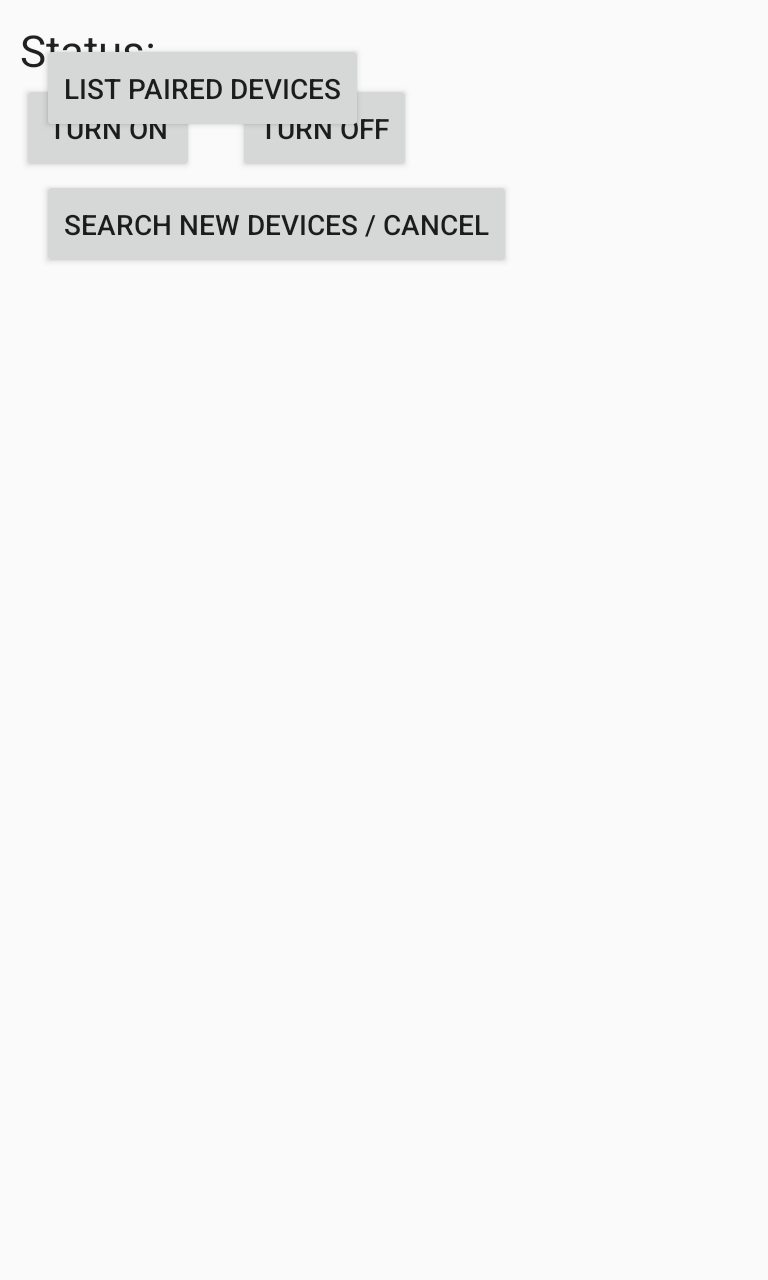
Repository: maayanGitHub/dont4getme
Layout: Dont4getMe/res/layout/activity_main.xml
The author's editor kept a copy of each file at every save. The layout is drawn from the files as they stood at one save, then again after the next save.
It is drawn on a 768 x 1280 px phone screen (xhdpi) without system bars, with theme AppTheme; the app's code is not run. Lists and similar views that code fills are empty.

Above is the layout before, as saved 2014-03-19 09:35:20.

After the next save:
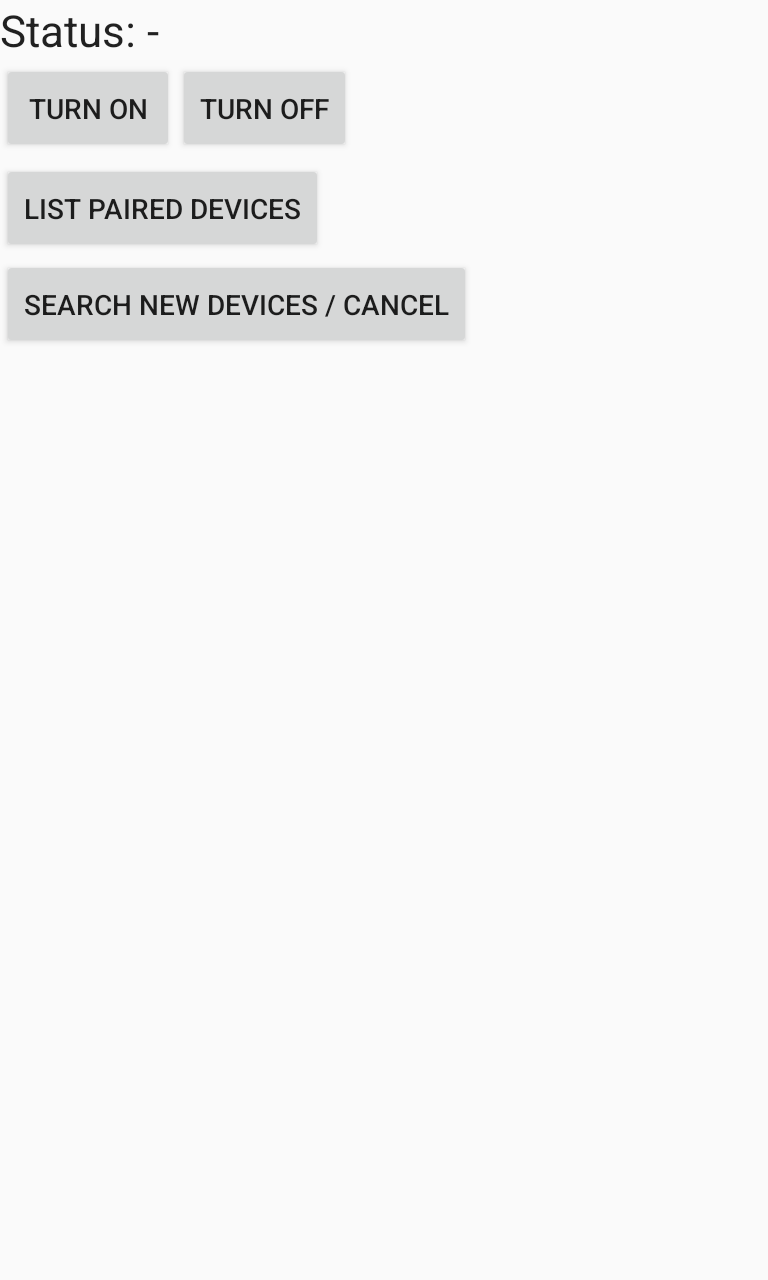
Saved 32 s later.
--- a/Dont4getMe/res/layout/activity_main.xml
+++ b/Dont4getMe/res/layout/activity_main.xml
@@ -9,28 +9,25 @@
        android:layout_width="wrap_content"
        android:layout_height="wrap_content"
        android:textAppearance="?android:attr/textAppearanceLarge"
-       android:text="@string/Text"
-       android:layout_margin="10dip" />
+       android:text="@string/Text" />
 
    <LinearLayout
       android:layout_width="match_parent"
       android:layout_height="wrap_content"
       android:orientation="horizontal"
-      android:layout_marginTop="30dp"  >
+      android:layout_marginTop="30dp" >
 
    <Button
       android:id="@+id/turnOn"
       android:layout_width="wrap_content"
       android:layout_height="wrap_content"
-      android:text="@string/on"
-      android:layout_margin="10dip" />
+      android:text="@string/on" />
 
    <Button
       android:id="@+id/turnOff"
       android:layout_width="wrap_content"
       android:layout_height="wrap_content"
-      android:text="@string/off"
-      android:layout_margin="10dip"  />
+      android:text="@string/off" />
 
    </LinearLayout>
 
@@ -39,28 +36,24 @@
       android:layout_width="match_parent"
       android:layout_height="wrap_content"
       android:orientation="vertical"
-      android:layout_marginTop="80dp"
-      android:layout_margin="10dip"  >
+      android:layout_marginTop="80dp" >
 
 	   <Button
 	      android:id="@+id/paired"
 	      android:layout_width="wrap_content"
 	      android:layout_height="wrap_content"
-	      android:text="@string/List"
-	      android:layout_margin="10dip" />
+	      android:text="@string/List" />
 
 	   <Button
 	      android:id="@+id/search"
 	      android:layout_width="wrap_content"
 	      android:layout_height="wrap_content"
-	      android:text="@string/Find"
-	      android:layout_margin="10dip" />
+	      android:text="@string/Find" />
 
 	   <ListView
 	       android:id="@+id/listView1"
 	       android:layout_width="fill_parent"
-	       android:layout_height="200dp"
-	       android:layout_margin="10dip"  >
+	       android:layout_height="200dp" >
 
 	   </ListView>
 
